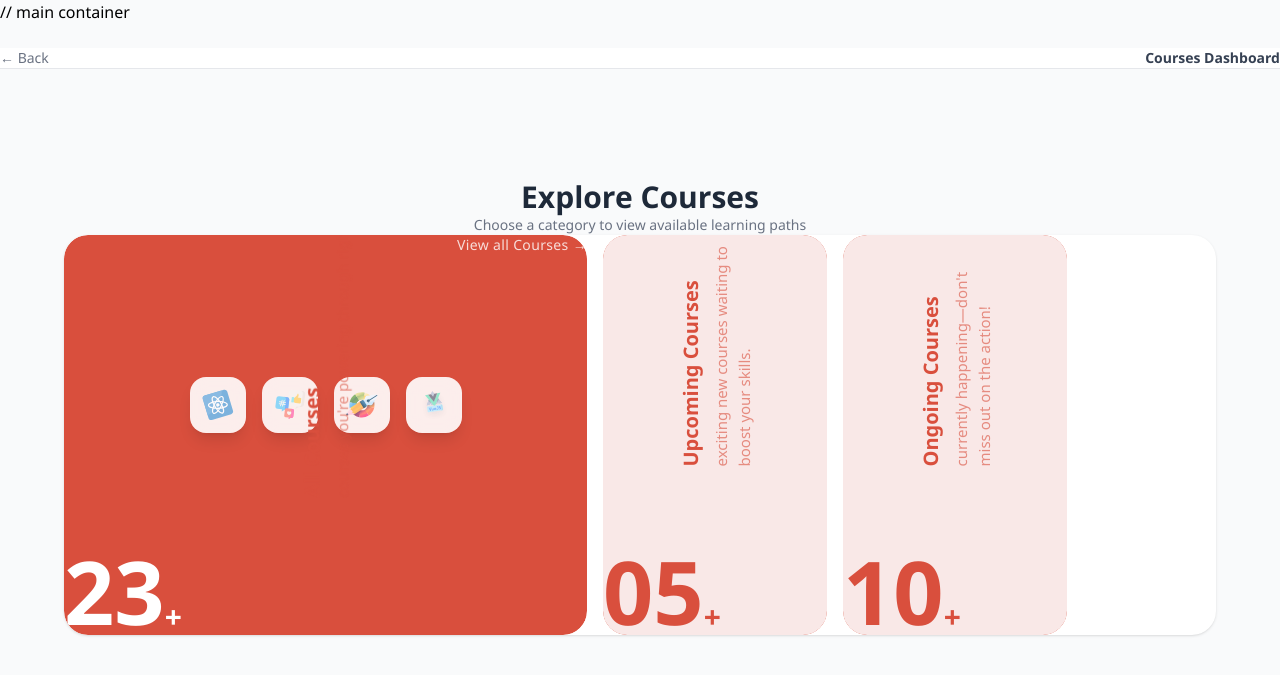
Repository: RahulRajKhadka/nextjs-dashboard-app
Page: /task2
The author's editor kept a copy of each file at every save. The page is drawn from the files as they stood at one save, then again after the next save.
The browser window is 1280 px wide. The pictures show the whole page.
The project was rebuilt for these pictures with package versions that can differ from the ones it lists, and the page was loaded fresh each time. The framework's server and built-in components were replaced by stand-ins that run in the browser. Also part of the build but not shown: next.config.ts.

Above is the page before, as saved 2026-04-11 11:59:08.

After the next save:
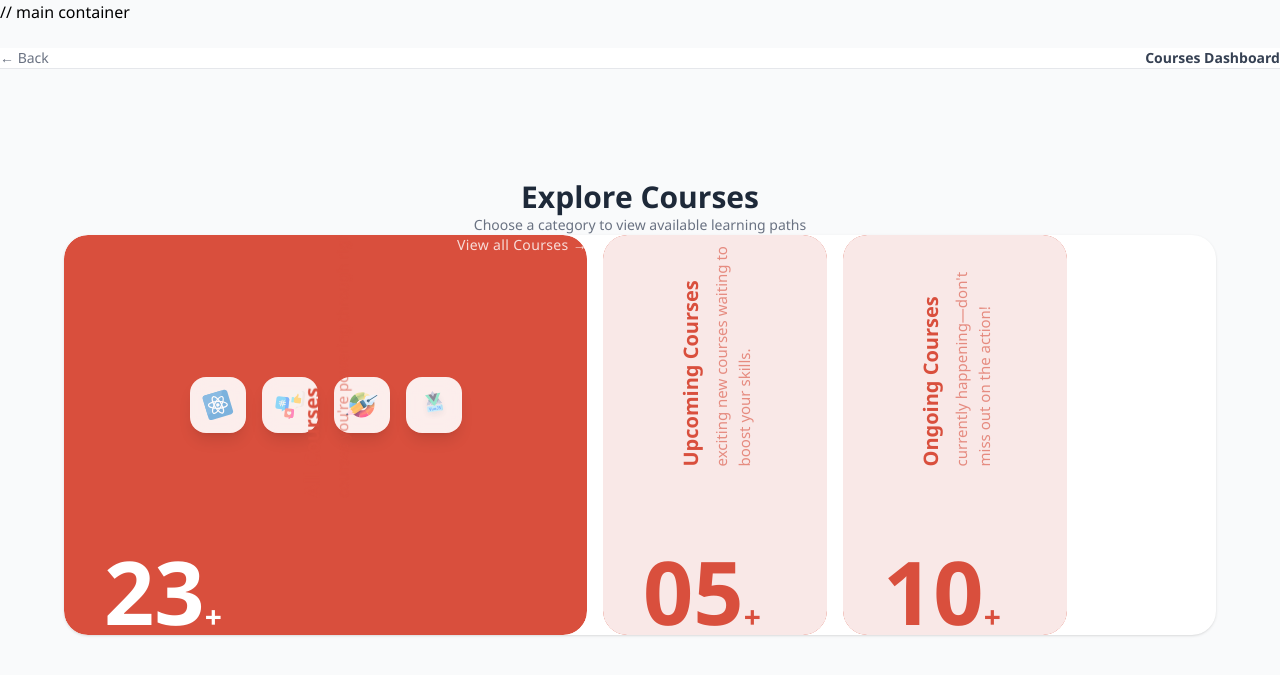
Saved 12 s later.
--- a/src/components/task2/CourseCard.tsx
+++ b/src/components/task2/CourseCard.tsx
@@ -121,7 +121,7 @@ export default function CourseCard({
 {/* Number - absolute bottom */}
 <div
   ref={numberRef}
-  className="absolute bottom-0 left-0 z-[3] pb-6 pl-6 pointer-events-none"
+  className="absolute bottom-0 left-10 z-[3] pb-6 pl-6 pointer-events-none"
   style={{ color: course.textColor }}
 >
   <div className="flex items-end">
